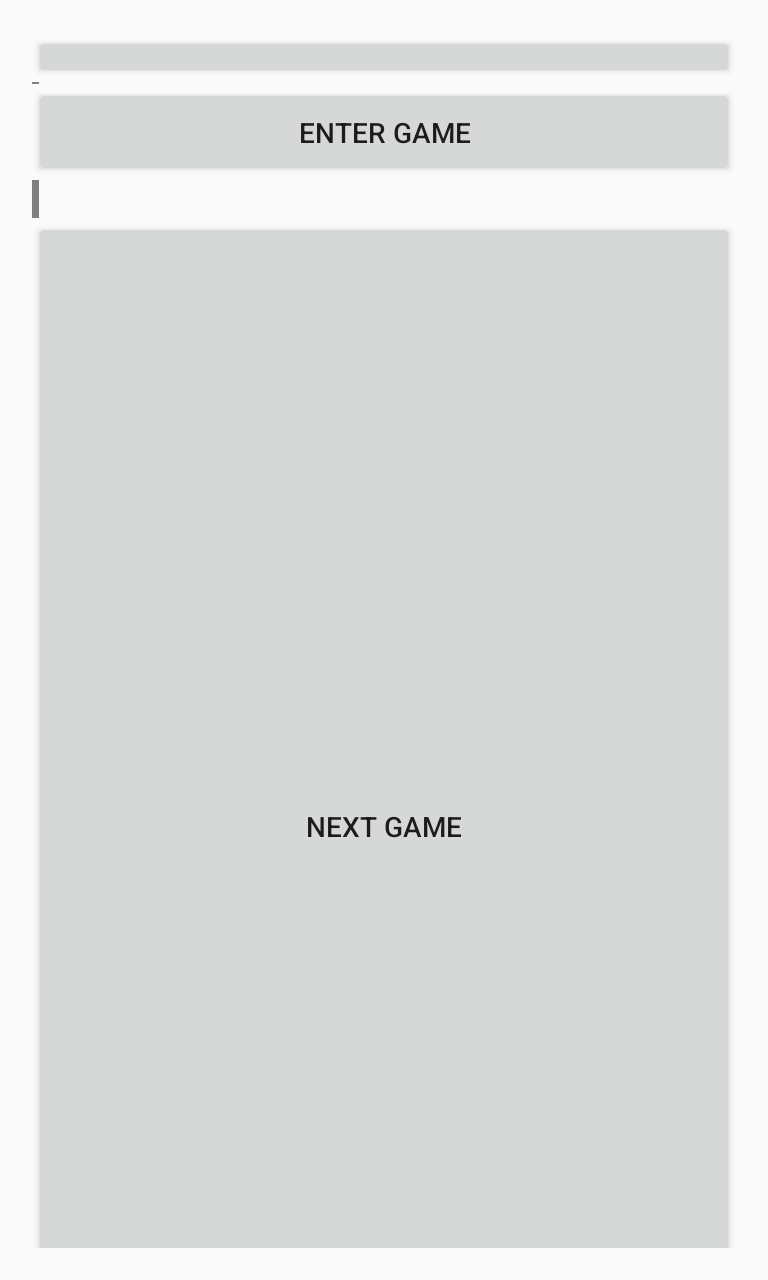
Repository: charlesweng/school
Layout: simpleandroidapps/GettingToKnowUIActivities/charleswengScoringProject/charleswengScoring/res/layout/activity_main.xml
The author's editor kept a copy of each file at every save. The layout is drawn from the files as they stood at one save, then again after a run of saves.
Pictures or frames that could not be fetched are drawn as grey boxes. It is drawn on a 768 x 1280 px phone screen (xhdpi) without system bars, with theme AppTheme; the app's code is not run.

Above is the layout before, as saved 2014-04-28 05:37:06.

After the next 4 saves:
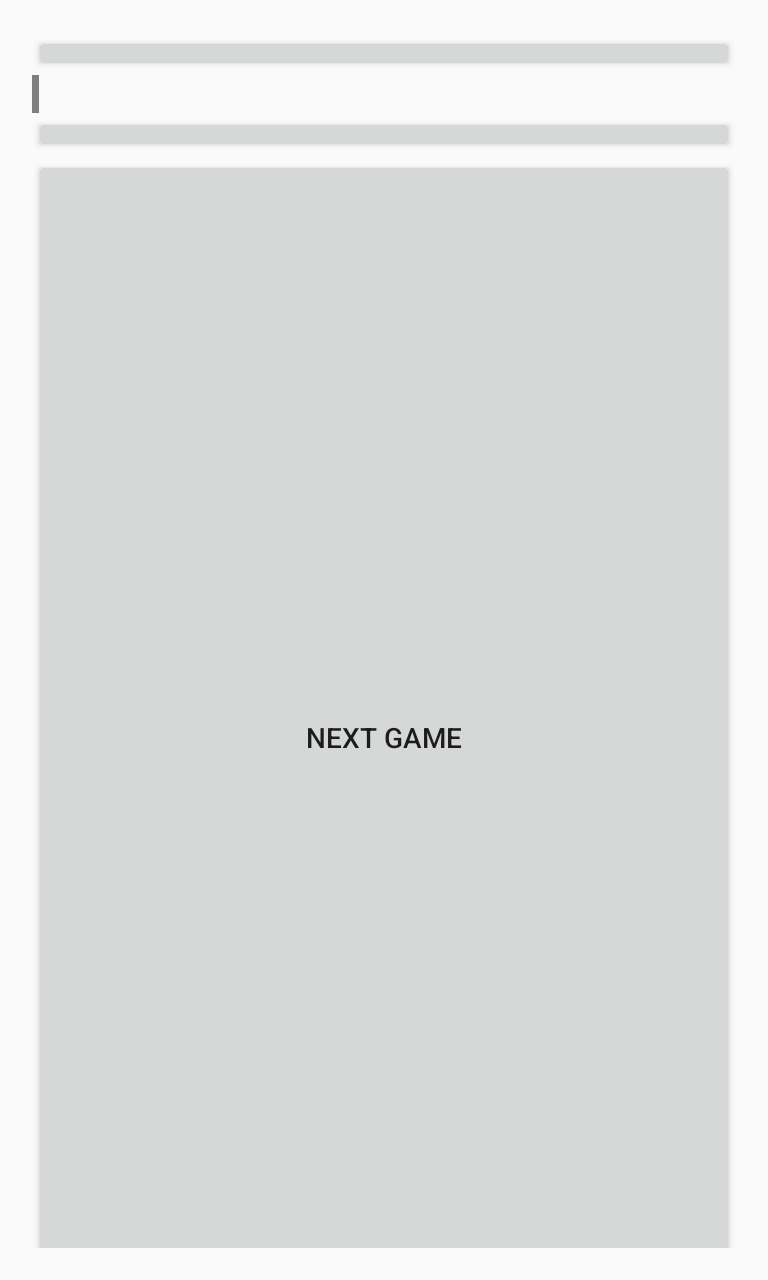
The 4 saves are shown as one change because 3 did not build or start.
The last was saved 53 s later.
--- a/simpleandroidapps/GettingToKnowUIActivities/charleswengScoringProject/charleswengScoring/res/layout/activity_main.xml
+++ b/simpleandroidapps/GettingToKnowUIActivities/charleswengScoringProject/charleswengScoring/res/layout/activity_main.xml
@@ -28,7 +28,7 @@
 	    android:id="@+id/fragment_date"
 	    android:layout_width="wrap_content"
 	    android:layout_height="wrap_content"
-	    android:layout_height="1"
+	    android:layout_weighta="1"
 	    android:layout_below="@+id/datebutton"
 	/>
 
@@ -37,12 +37,14 @@
         android:layout_width="fill_parent"
         android:layout_height="wrap_content"
         android:onClick="clickGame"
+        android:layout_weight="1"
         android:layout_below="@+id/fragment_date"
         android:text="@string/enter_game" />
 
     <fragment
         android:name="com.example.charleswengscoring.TeamFragment"
         android:id="@+id/fragment_team"
+        android:layout_weight="1"
         android:layout_width="wrap_content"
         android:layout_height="wrap_content"
         android:layout_below="@+id/gamebutton"
@@ -51,6 +53,7 @@
     <Button
         android:id="@+id/nextbutton"
         android:layout_width="fill_parent"
+        android:layout_weight="1"
         android:layout_height="fill_parent"
         android:layout_below="@+id/fragment_team"
         android:layout_alignParentBottom="true"
